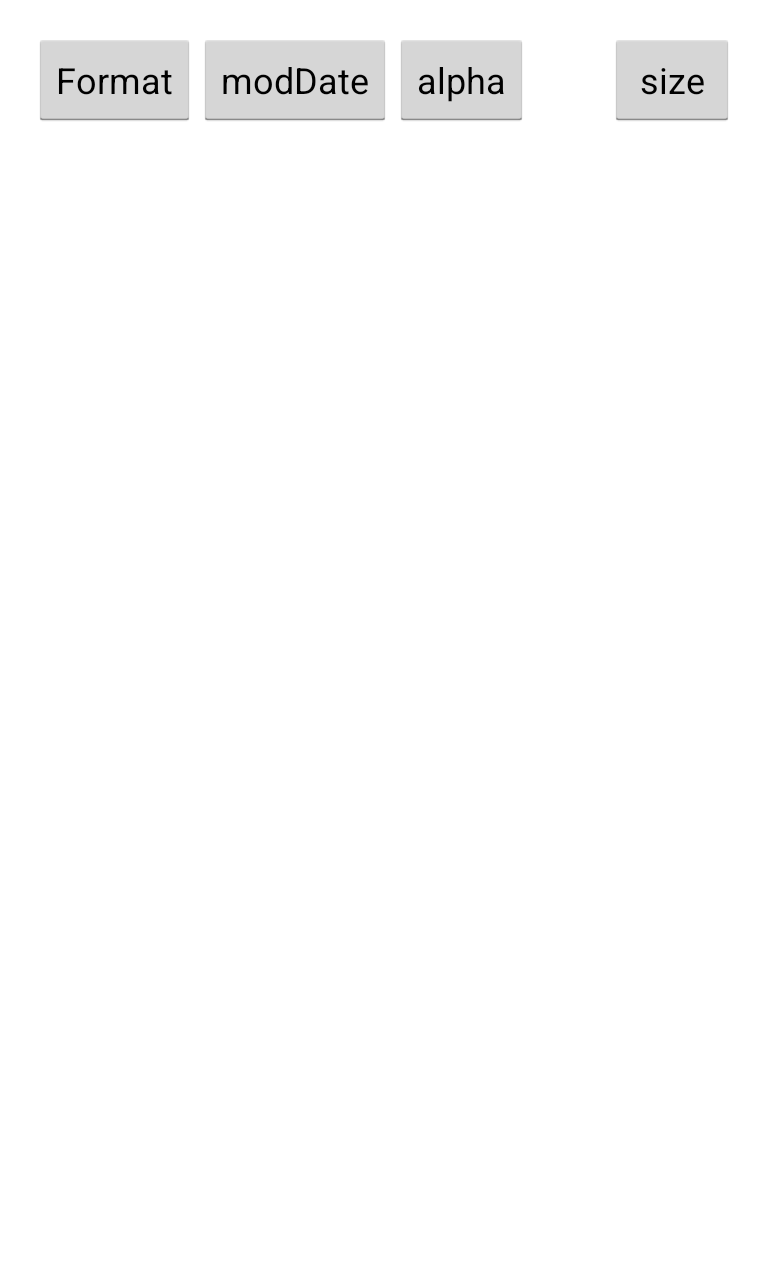
Repository: memexx-com/MyExplorer
Layout: MyExplorer/res/layout/activity_main.xml
An editor plug-in stored every save of this project. The layout is shown before and after the next save, followed by the edit.
It is drawn on a 768 x 1280 px phone screen (xhdpi) without system bars, with theme AppTheme; the app's code is not run. Lists and similar views that code fills are empty.

Above is the layout before, as saved 2013-06-10 10:38:33.

After the next save:
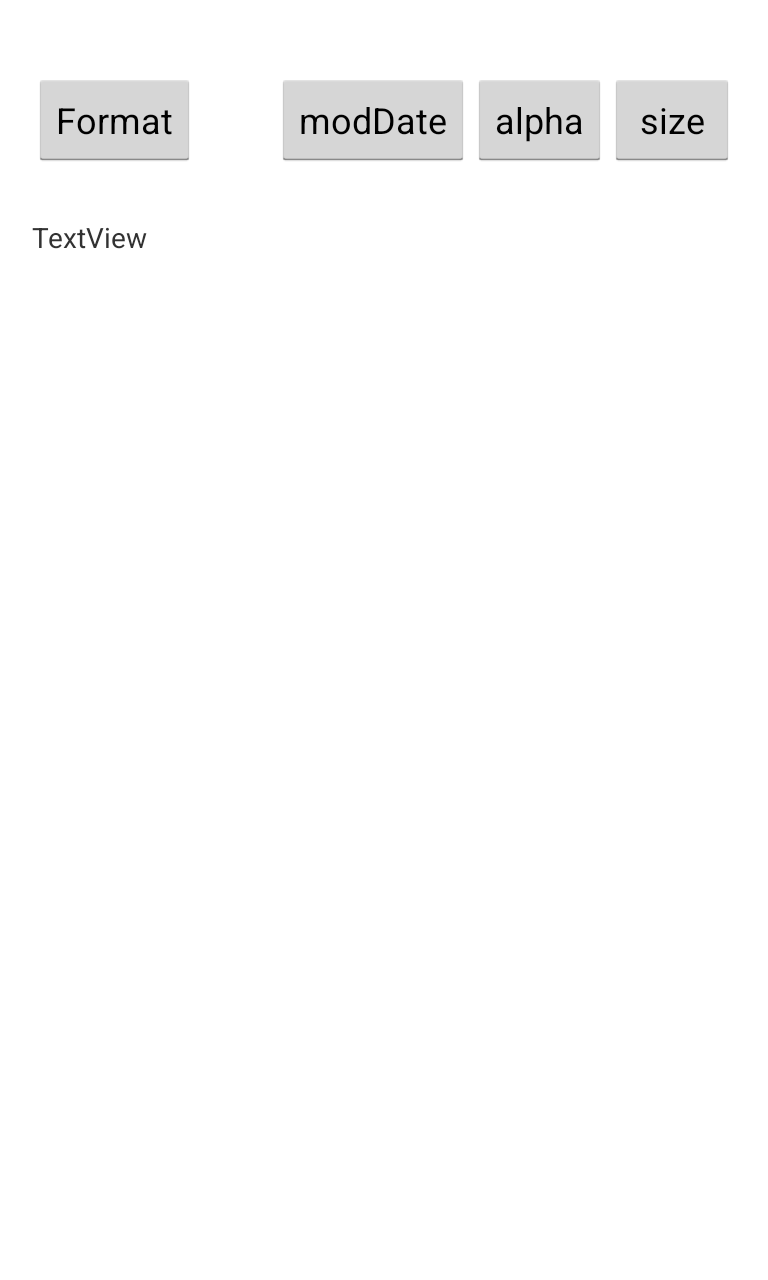
Saved 3 min 14 s later.
--- a/MyExplorer/res/layout/activity_main.xml
+++ b/MyExplorer/res/layout/activity_main.xml
@@ -8,22 +8,24 @@
     android:paddingTop="@dimen/activity_vertical_margin"
     tools:context=".MainActivity" >
 
-    <Button
-        android:id="@+id/button3"
+    <TextView
+        android:id="@+id/textView1"
         android:layout_width="wrap_content"
         android:layout_height="wrap_content"
-        android:layout_alignBottom="@+id/button2"
-        android:layout_toRightOf="@+id/button2"
-        android:text="alpha" />
+        android:layout_alignLeft="@+id/button1"
+        android:layout_alignRight="@+id/button4"
+        android:layout_below="@+id/button2"
+        android:layout_marginTop="25dp"
+        android:text="TextView" />
 
-    <Button
-        android:id="@+id/button2"
-        android:layout_width="wrap_content"
+    <ListView
+        android:id="@+id/listView1"
+        android:layout_width="match_parent"
         android:layout_height="wrap_content"
-        android:layout_alignBaseline="@+id/button1"
-        android:layout_alignBottom="@+id/button1"
-        android:layout_toRightOf="@+id/button1"
-        android:text="modDate" />
+        android:layout_alignParentRight="true"
+        android:layout_below="@+id/textView1" >
+
+    </ListView>
 
     <Button
         android:id="@+id/button4"
@@ -35,11 +37,30 @@
         android:text="size" />
 
     <Button
+        android:id="@+id/button2"
+        android:layout_width="wrap_content"
+        android:layout_height="wrap_content"
+        android:layout_alignBaseline="@+id/button1"
+        android:layout_alignBottom="@+id/button1"
+        android:layout_toLeftOf="@+id/button3"
+        android:text="modDate" />
+
+    <Button
+        android:id="@+id/button3"
+        android:layout_width="wrap_content"
+        android:layout_height="wrap_content"
+        android:layout_alignBaseline="@+id/button2"
+        android:layout_alignBottom="@+id/button2"
+        android:layout_toLeftOf="@+id/button4"
+        android:text="alpha" />
+
+    <Button
         android:id="@+id/button1"
         android:layout_width="wrap_content"
         android:layout_height="wrap_content"
-        android:layout_alignParentLeft="true"
+        android:layout_alignLeft="@+id/listView1"
         android:layout_alignParentTop="true"
+        android:layout_marginTop="20dp"
         android:text="Format" />
 
 </RelativeLayout>
